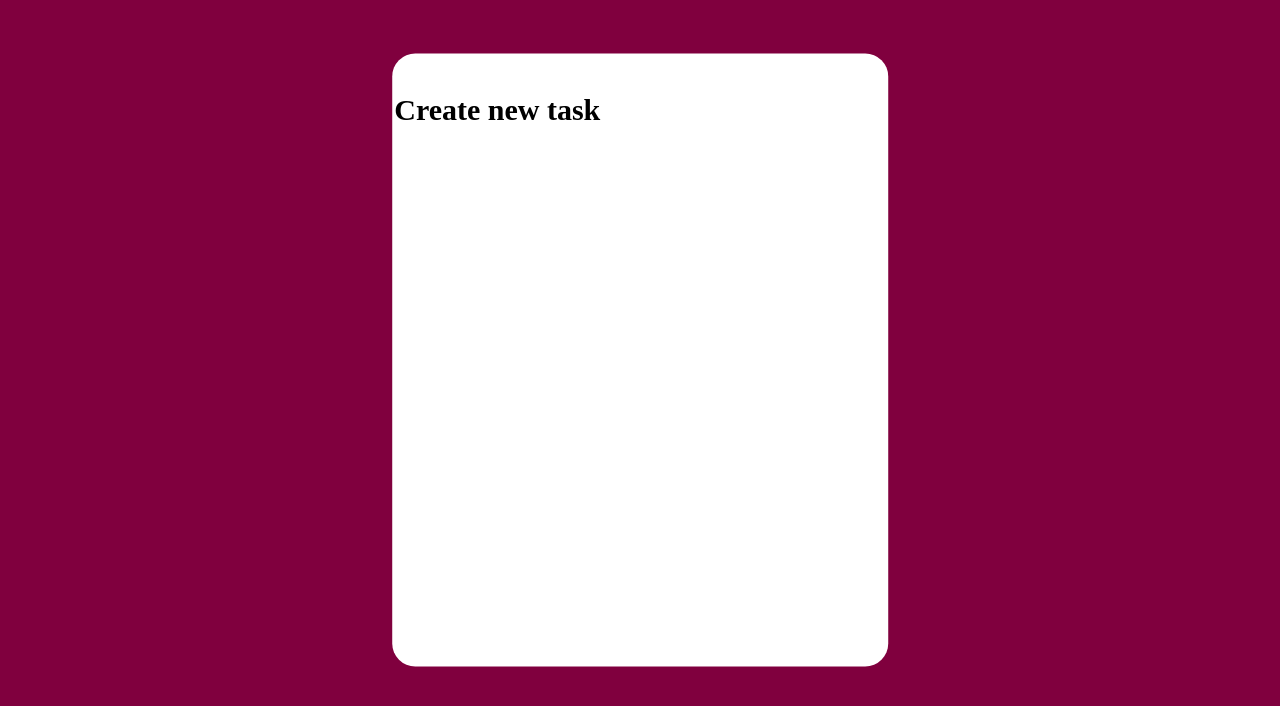
Repository: MorgunovaAlexandra/verstka-form
Page: index.html
The author's editor kept a copy of each file at every save. The page is drawn from the files as they stood at one save, then again after the next save.
The browser window is 1280 px wide. The pictures show the whole page.
The style sheet was rebuilt from its Sass, Less or Tailwind sources for each picture, by a compiler version that may differ from the author's.

Above is the page before, as saved 2022-06-24 12:04:06.

### index.html
<!DOCTYPE html>
<html lang="ru">
<head>
    <meta charset="UTF-8">
    <meta http-equiv="X-UA-Compatible" content="IE=edge">
    <meta name="viewport" content="width=device-width, initial-scale=1.0">
    <link rel="stylesheet" href="./css/style.css">
    <title>Document</title>
</head>
<body>
    <div class="wrapper">
       <div class="form">
           <div class="fieldset">
            <legend><b>Create new task</b></legend>
           </div>
       </div>
    </div>
</body>
</html>

### scss/style.scss
@import "variables";
@import "mixins";
body {

   @include vov(rgb(128, 0, 62));
}
.form{
    width: 495.55px;
    height: 613.21px;
    background-color: white;
    border-radius: 23px;
     box-sizing: border-box;
    position: fixed; top: 50%; left: 50%;
    -webkit-transform: translate(-50%, -50%);
    -ms-transform: translate(-50%, -50%);
    transform: translate(-50%, -50%);
}
legend{
    margin-top: 40px;
    margin-left: 4;

}

### scss/variables.scss
$bgColor: green;

### scss/mixins.scss
@mixin vov($color) {
    font-size: 30px;
    background-color:$color ;
}

After the next save:
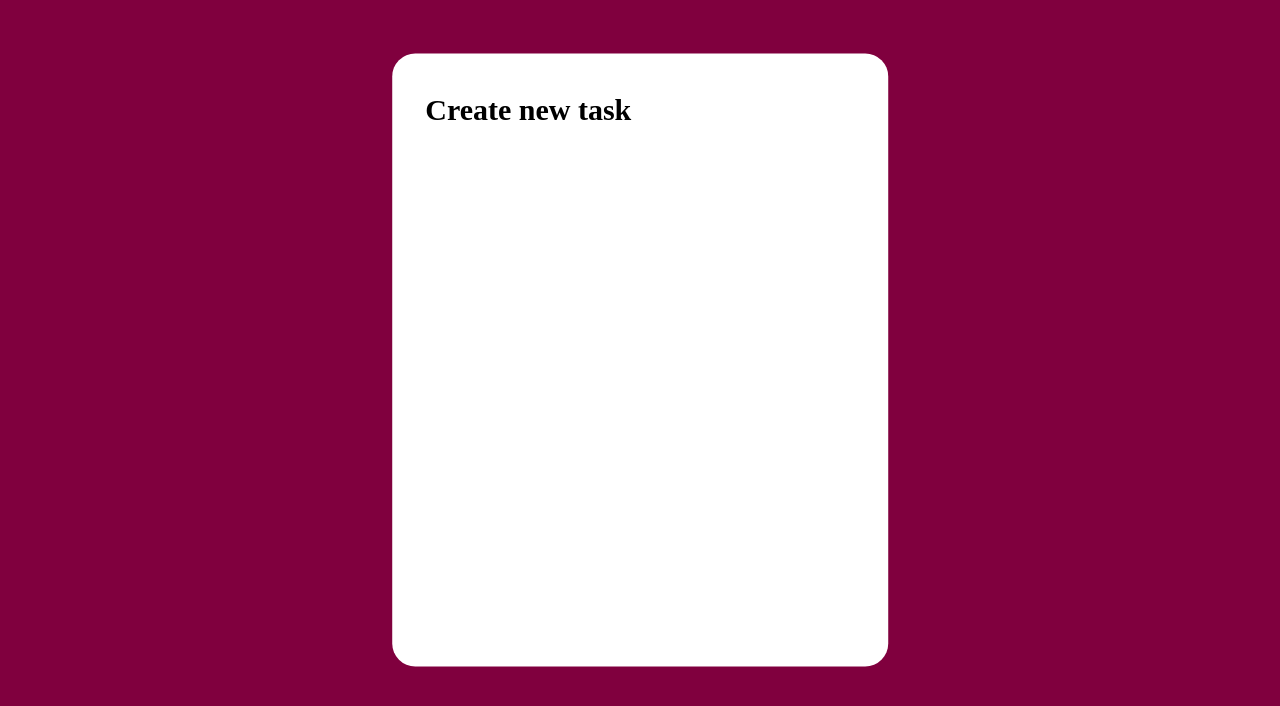
Saved 4 s later.
--- a/scss/style.scss
+++ b/scss/style.scss
@@ -17,6 +17,6 @@ body {
 }
 legend{
     margin-top: 40px;
-    margin-left: 4;
+    margin-left: 31px;
 
 }
